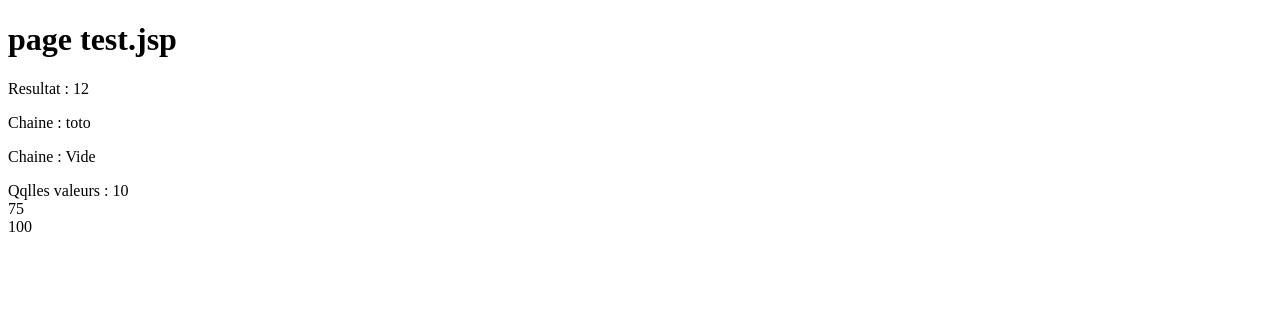
Repository: Moana007/javaee-workspace
Page: http://localhost/Site_cours/test
These files come from the project's save history. The page is drawn as it stood at one moment and after the next save; the edit follows.
The browser window is 1280 px wide. The pictures show the whole page.
The page is served by Tomcat 9. Other server files are loaded and not shown.

Above is the page before, as saved 2019-01-28 15:29:58.

### Site_cours/WebContent/WEB-INF/test.jsp
<!DOCTYPE html>
<html>
<head>
<meta charset="UTF-8">
<title>Page test.jsp</title>
</head>
<body>

<h1>page test.jsp</h1>
<p>Resultat : ${4*3}</p>
<p>Chaine : ${ chaine }</p>
<p>Chaine : ${ empty chaine2 ? "Vide" : chaine2 }</p>
<p>Qqlles valeurs : ${ ints[0]} <br> ${ ints[3]} <br> ${ ints[4]}</p>


</body>
</html>

### Site_cours/src/site_cours/servlets/TestServlets.java
package site_cours.servlets;

import java.io.IOException;
import javax.servlet.ServletException;
import javax.servlet.annotation.WebServlet;
import javax.servlet.http.HttpServlet;
import javax.servlet.http.HttpServletRequest;
import javax.servlet.http.HttpServletResponse;

import site_cours.models.Employes;

/**
 * Servlet implementation class TestServlets
 */
@WebServlet("/TestServlets")
public class TestServlets extends HttpServlet {
	private static final long serialVersionUID = 1L;


	/**
	 * @see HttpServlet#doGet(HttpServletRequest request, HttpServletResponse response)
	 */
	protected void doGet(HttpServletRequest request, HttpServletResponse response) throws ServletException, IOException {
		// TODO Auto-generated method stub
		//response.getWriter().append("Served at: ").append(request.getContextPath());

		request.setAttribute("chaine", "toto");
		request.setAttribute("chaine2", "");
		int [] tInts = new int[] {10,30,50,75,100};
		request.setAttribute("ints", tInts);

		Employes e = new Employes(0,0, "Dupond", "Paul", 2500, "Paris");
		request.setAttribute("emp", e);

		request.getRequestDispatcher("/WEB-INF/test.jsp").forward(request, response);
	}

	/**
	 * @see HttpServlet#doPost(HttpServletRequest request, HttpServletResponse response)
	 */
	protected void doPost(HttpServletRequest request, HttpServletResponse response) throws ServletException, IOException {
		// TODO Auto-generated method stub
		doGet(request, response);
	}

}

### Site_cours/src/site_cours/models/Employes.java
package site_cours.models;

public class Employes {

	private int matricule;
	private int codeService;

	private String nom;
	private String prenom;
	private double salaire;
	private String ville;

	public Employes(int matricule, int codeService, String nom, String prenom, double salaire, String ville) {
		this.matricule = matricule;
		this.codeService = codeService;
		this.setNom(nom);
		this.prenom = prenom;
		this.salaire = salaire;
		this.ville = ville;
	}

	public int getMatricule() {
		return matricule;
	}
	public void setMatricule(int matricule) {
		this.matricule = matricule;
	}
	public int getCodeService() {
		return codeService;
	}
	public void setCodeService(int codeService) {
		this.codeService = codeService;
	}
	public String getNom() {
		return nom;
	}
	public void setNom(String nom) {
		this.nom = nom.toUpperCase();
	}
	public String getPrenom() {
		return prenom;
	}
	public void setPrenom(String prenom) {
		this.prenom = prenom;
	}
	public double getSalaire() {
		return salaire;
	}
	public void setSalaire(double salaire) {
		this.salaire = salaire;
	}
	public String getVille() {
		return ville;
	}
	public void setVille(String ville) {
		this.ville = ville;
	}






}

After the next save:
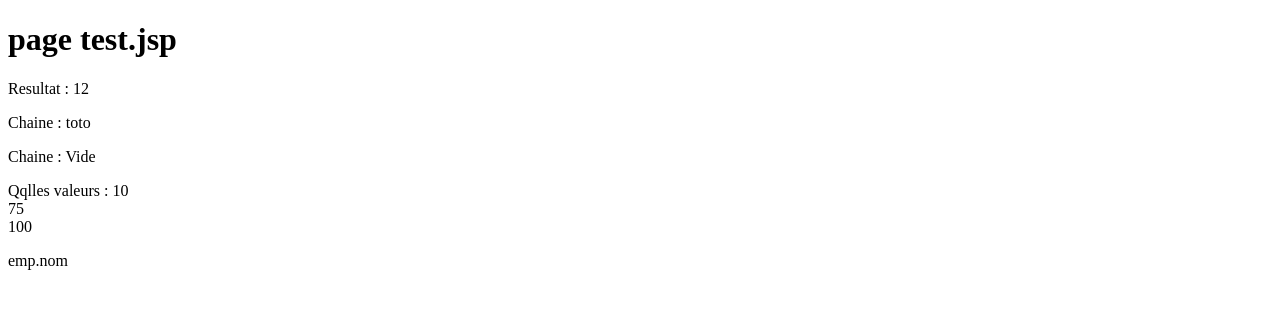
Saved 77 s later.
--- a/Site_cours/WebContent/WEB-INF/test.jsp
+++ b/Site_cours/WebContent/WEB-INF/test.jsp
@@ -11,7 +11,7 @@
 <p>Chaine : ${ chaine }</p>
 <p>Chaine : ${ empty chaine2 ? "Vide" : chaine2 }</p>
 <p>Qqlles valeurs : ${ ints[0]} <br> ${ ints[3]} <br> ${ ints[4]}</p>
-
+<p>emp.nom</p>
 
 </body>
 </html>
